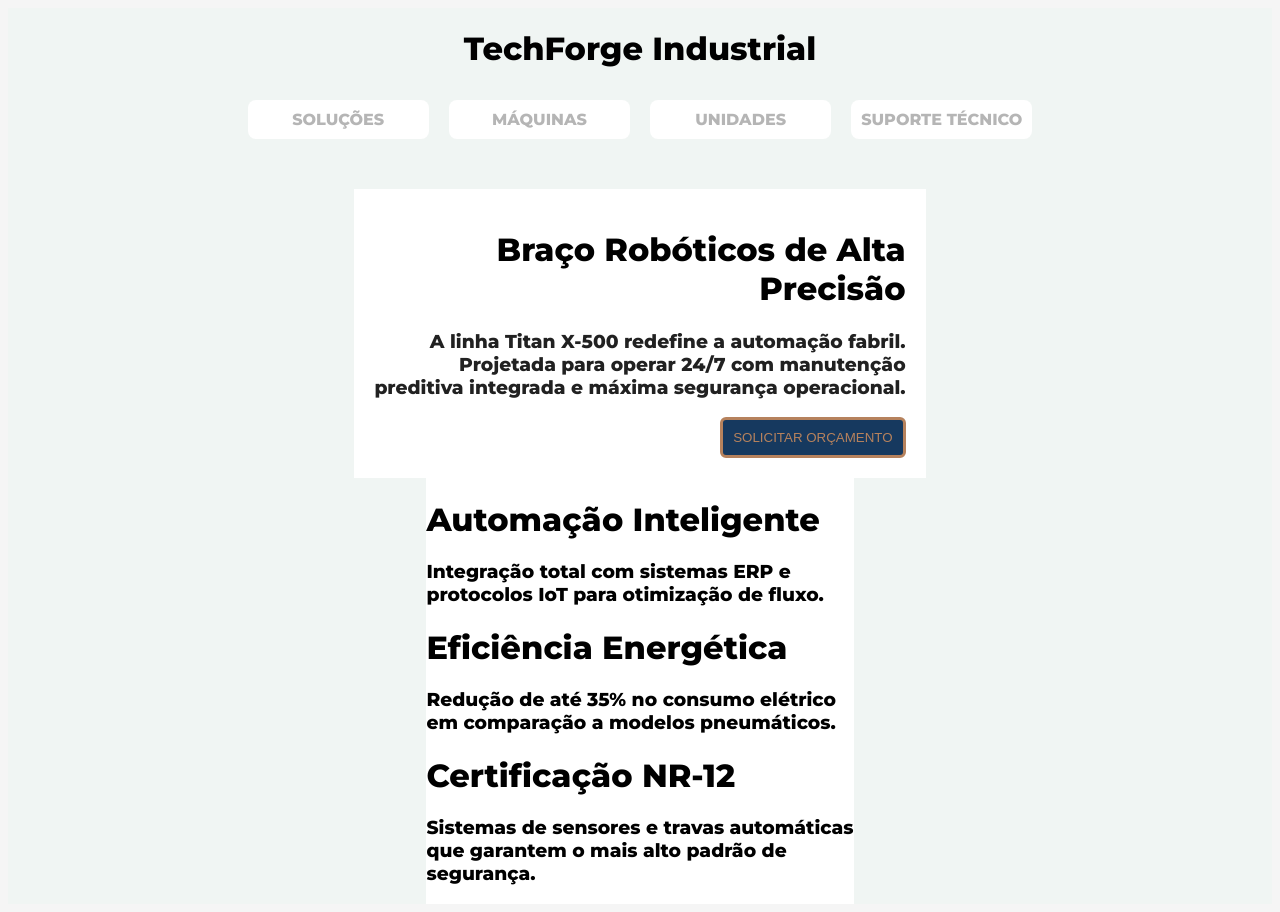
Repository: MiguelSebastiana/AtividadesFrontEnd
Page: aulaDia27Maio/index.html
These files come from the project's save history. The page is drawn as it stood at one moment and after a run of saves; the edit follows.
The browser window is 1280 px wide. The pictures show the whole page.

Above is the page before, as saved 2026-05-27 19:00:54.

After the next 2 saves:
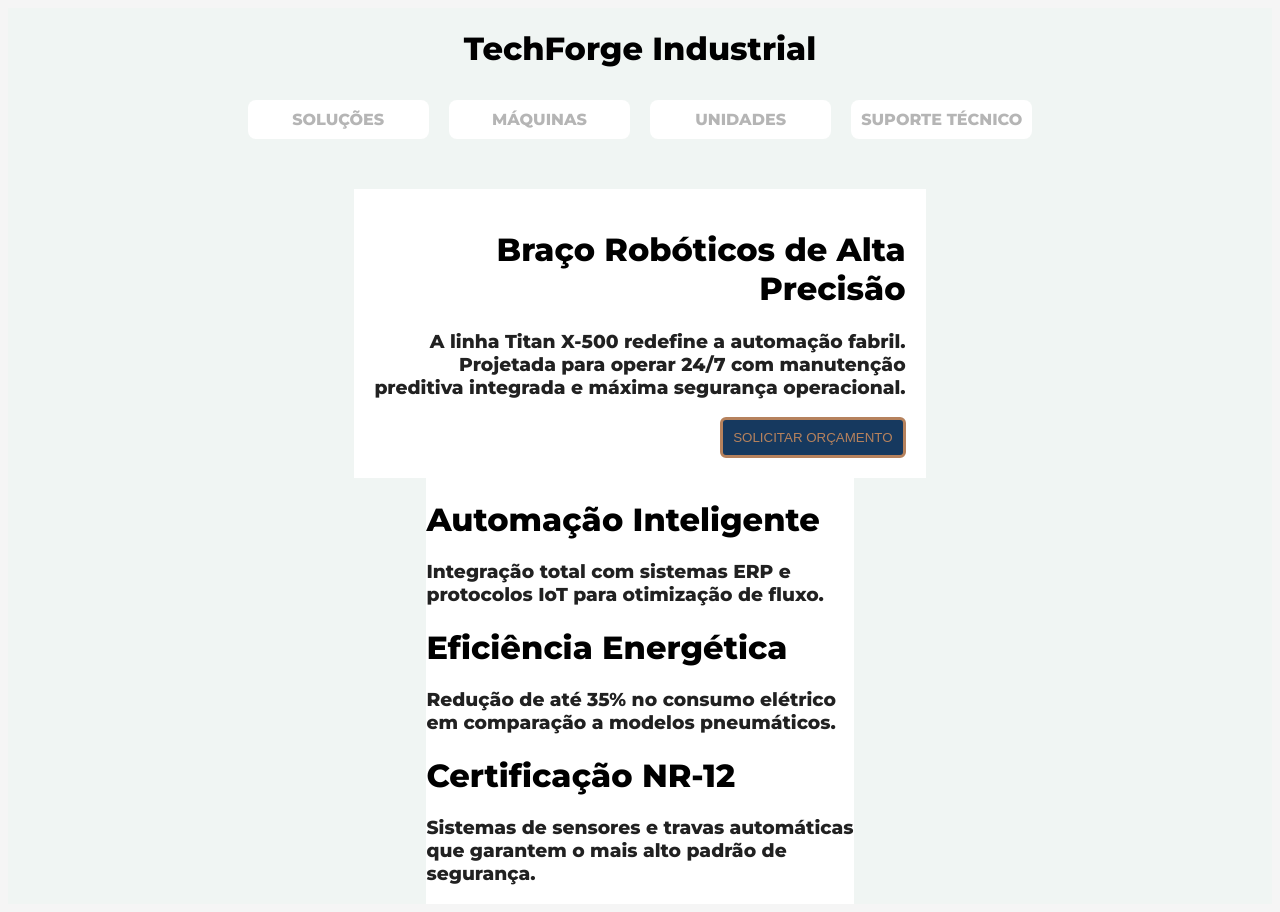
The 2 saves are shown as one change because they came seconds apart.
The last was saved 11 s later.
--- a/aulaDia27Maio/style.css
+++ b/aulaDia27Maio/style.css
@@ -62,3 +62,7 @@
 .painel {
         background: #FFFFFF;
 }
+
+.painel h3 {
+    color: #212121;
+}
